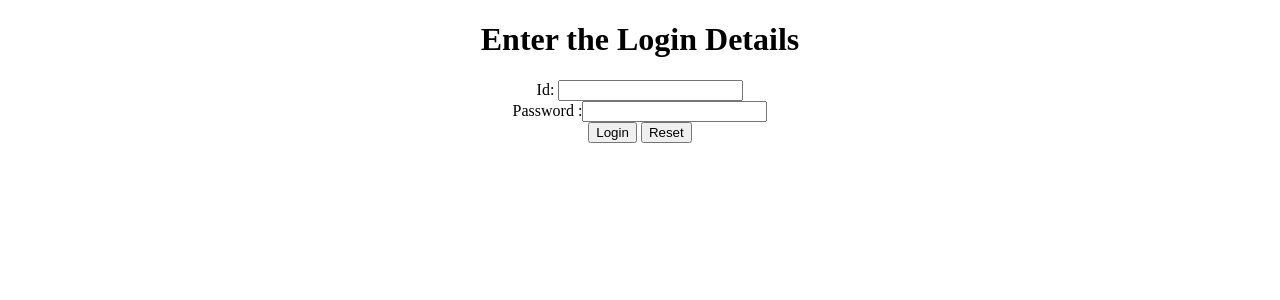
Repository: Abinayasivapraba/Project2
Page: ChatZoneFE/WebContent/User/Login.html
The author's editor kept a copy of each file at every save. The page is drawn from the files as they stood at one save, then again after the next save.
The browser window is 1280 px wide. The pictures show the whole page.

Above is the page before, as saved 2017-05-14 11:21:11.

### ChatZoneFE/WebContent/User/Login.html
<!DOCTYPE html>
<html>
<head>
<meta charset="ISO-8859-1">
<title>Insert title here</title>
</head>
<body>
<div ng-controller="UserController as ctrl">
<center><h1>Enter the Login Details</h1></center>
<center>
<div class="formcontainer">
<form ng-submit="ctrl.login()" name="myForm" class="form-horizontal">
Id: <input type="text" ng-model="ctrl.user.id"/><br>
Password :<input type="text" ng-model="ctrl.user.password" /><br>
<input type="submit" value="Login">
<button type="button" ng-click="ctrl.reset()">Reset</button>
</form>
</div>
</center>
</div>


</body>
</html>

After the next save:
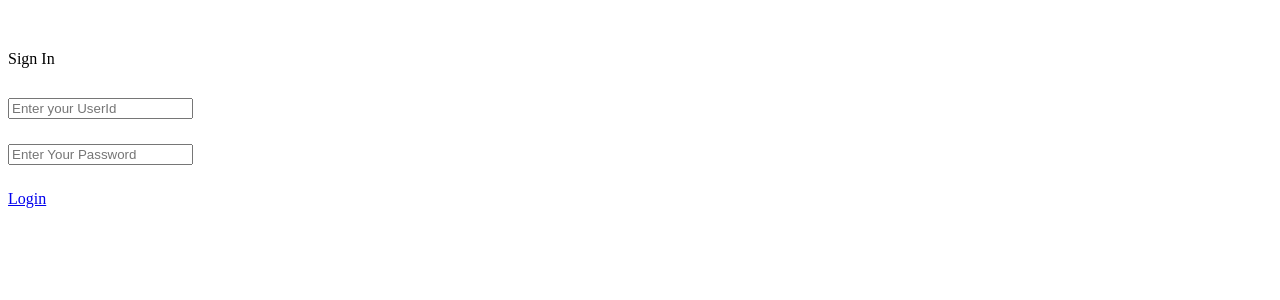
Saved 11 min 0 s later.
--- a/ChatZoneFE/WebContent/User/Login.html
+++ b/ChatZoneFE/WebContent/User/Login.html
@@ -6,7 +6,7 @@
 </head>
 <body>
 <div ng-controller="UserController as ctrl">
-<center><h1>Enter the Login Details</h1></center>
+<!-- <center><h1>Enter the Login Details</h1></center>
 <center>
 <div class="formcontainer">
 <form ng-submit="ctrl.login()" name="myForm" class="form-horizontal">
@@ -17,7 +17,43 @@ Password :<input type="text" ng-model="ctrl.user.password" /><br>
 </form>
 </div>
 </center>
-</div>
+</div> -->
+<div class="container">
+        <div id="loginbox" style="margin-top:50px;" class="mainbox col-md-6 col-md-offset-3 col-sm-8 col-sm-offset-2">
+            <div class="panel panel-info" >
+                    <div class="panel-heading">
+                        <div class="panel-title">Sign In</div>
+                                            </div>
+
+                    <div style="padding-top:30px" class="panel-body" >
+
+
+
+                        <form ng-submit="ctrl.login()" name="myForm" class="form-horizontal">
+                            <div style="margin-bottom: 25px" class="input-group">
+                                        <span class="input-group-addon"><i class="glyphicon glyphicon-user"></i></span>
+                                        <input id="login-username" type="text" class="form-control" name="userid" ng-model="ctrl.user.id"  placeholder="Enter your UserId">
+                                    </div>
+
+                            <div style="margin-bottom: 25px" class="input-group">
+                                        <span class="input-group-addon"><i class="glyphicon glyphicon-lock"></i></span>
+                                        <input id="login-password" type="password" class="form-control" name="password" ng-model="ctrl.user.password"  placeholder="Enter Your Password">
+                                    </div>
+
+
+
+
+                                <div style="margin-top:10px" class="form-group">
+                                    <!-- Button -->
+
+                                    <div class="col-sm-12 controls">
+                                      <a id="btn-login" href="#" class="btn btn-success">Login  </a>
+
+
+                                    </div>
+                                </div>
+
+
 
 
 </body>
